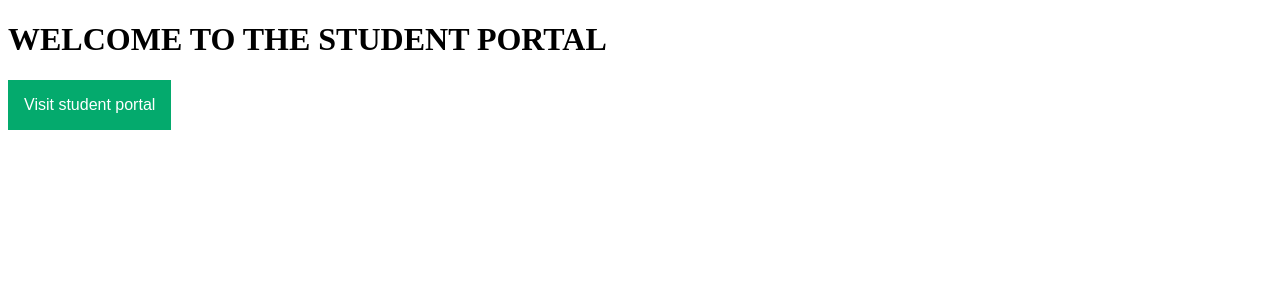
Repository: Yemili/springboot_application
Page: workspace/student/src/main/resources/static/index.html
An editor plug-in stored every save of this project. The page is shown before and after the next save, followed by the edit.
The browser window is 1280 px wide. The pictures show the whole page.

Above is the page before, as saved 2024-10-09 12:03:31.

### workspace/student/src/main/resources/static/index.html
<!DOCTYPE html>
<html lang="en">
<head>
    <meta charset="UTF-8">
    <meta name="viewport" content="width=device-width, initial-scale=1.0">
    <title>student portel</title>
    <style>
.dropbtn {
  background-color: #04AA6D;
  color: white;
  padding: 16px;
  font-size: 16px;
  border: none;
}

.dropdown {
  position: relative;
  display: inline-block;
}

.dropdown-content {
  display: none;
  position: absolute;
  background-color: #f1f1f1;
  min-width: 160px;
  box-shadow: 0px 8px 16px 0px rgba(0,0,0,0.2);
  z-index: 1;
}

.dropdown-content a {
  color: black;
  padding: 12px 16px;
  text-decoration: none;
  display: block;
}

.dropdown-content a:hover {background-color: #ddd;}

.dropdown:hover .dropdown-content {display: block;}

.dropdown:hover .dropbtn {background-color: #3e8e41;}
</style>
</head>
<body>
    <h1>WELCOME TO THE STUDENT PORTAL</h1>


  <div class="dropdown">
  <button class="dropbtn">Visit student portal</button>
  <div class="dropdown-content">
    <a href="http://localhost:8081/view/registration"  target="_self">Go to Registration</a>
    <a href="http://localhost:8081/view/login"  target="_self">Go to SignIn</a>


   	<!-- <a href="../template/registrationform.html"  target="_blank">Go to SignIn</a> -->

     <a href="http://localhost:8081/view/studentlist" target="_blank">Show Student Details</a>
    <a href="http://localhost:8081/view/studentaccdemiclist" target="_blank">Show Student Accdemic Details</a>
    <a href="http://localhost:8081/view/studentexamlist" target="_blank">Show Student Exam Details</a>

  </div>
</div>

</body>
</html>

After the next save:
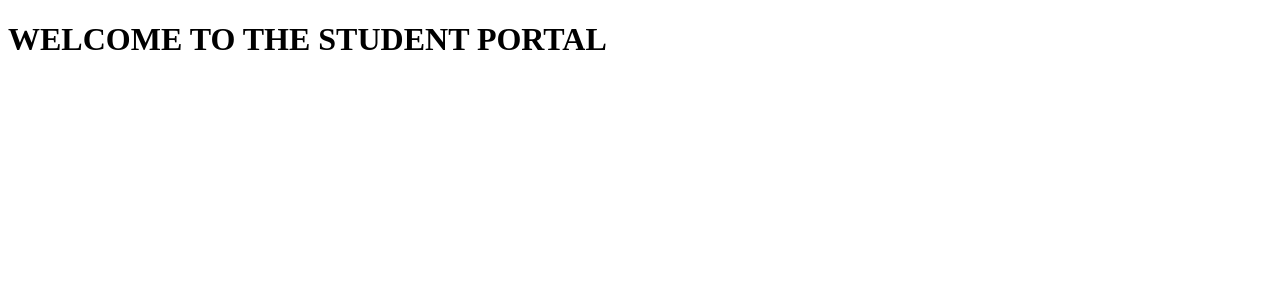
Saved 22 h 0 min later.
--- a/workspace/student/src/main/resources/static/index.html
+++ b/workspace/student/src/main/resources/static/index.html
@@ -45,21 +45,21 @@
     <h1>WELCOME TO THE STUDENT PORTAL</h1>
 
 
-  <div class="dropdown">
+  <!-- <div class="dropdown">
   <button class="dropbtn">Visit student portal</button>
   <div class="dropdown-content">
     <a href="http://localhost:8081/view/registration"  target="_self">Go to Registration</a>
     <a href="http://localhost:8081/view/login"  target="_self">Go to SignIn</a>
 
 
-   	<!-- <a href="../template/registrationform.html"  target="_blank">Go to SignIn</a> -->
+   	<a href="../template/registrationform.html"  target="_blank">Go to SignIn</a>
 
      <a href="http://localhost:8081/view/studentlist" target="_blank">Show Student Details</a>
     <a href="http://localhost:8081/view/studentaccdemiclist" target="_blank">Show Student Accdemic Details</a>
     <a href="http://localhost:8081/view/studentexamlist" target="_blank">Show Student Exam Details</a>
 
   </div>
-</div>
+</div> -->
 
 </body>
 </html>
